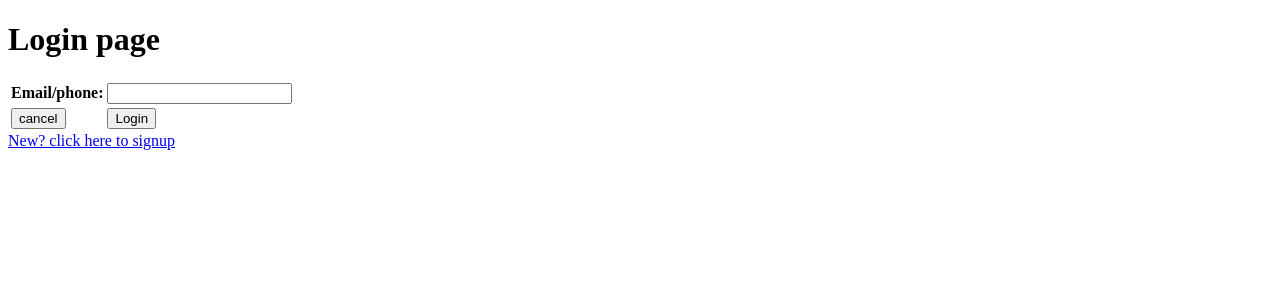
Repository: Sindhusrinivas25/Spring_calculator-project
Page: http://localhost/mvc_signup_login/login.jsp
An editor plug-in stored every save of this project. The page is shown before and after the next save, followed by the edit.
The browser window is 1280 px wide. The pictures show the whole page.
The page is served by Tomcat 9.

Above is the page before, as saved 2023-02-11 13:04:14.

After the next save:
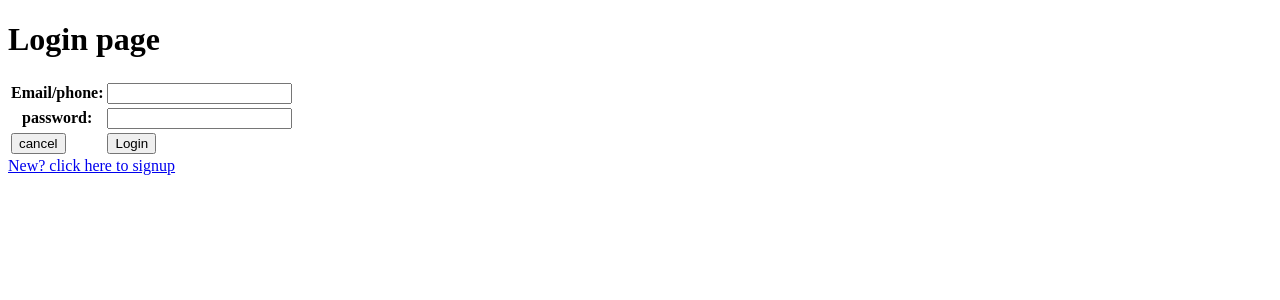
Saved 2 min 32 s later.
--- a/mvc_signup_login/src/main/webapp/login.jsp
+++ b/mvc_signup_login/src/main/webapp/login.jsp
@@ -12,8 +12,11 @@
 <table>
 <tr>
 <th>Email/phone:</th>
-
-<th><input type="password" name="pwd"></th>
+<td><input type="email" name="phone">
+</tr>
+<tr>
+<th>password:</th>
+<td><input type="password" name="pwd"></td>
 </tr>
 <tr>
 <td><button type="reset">cancel</button>
